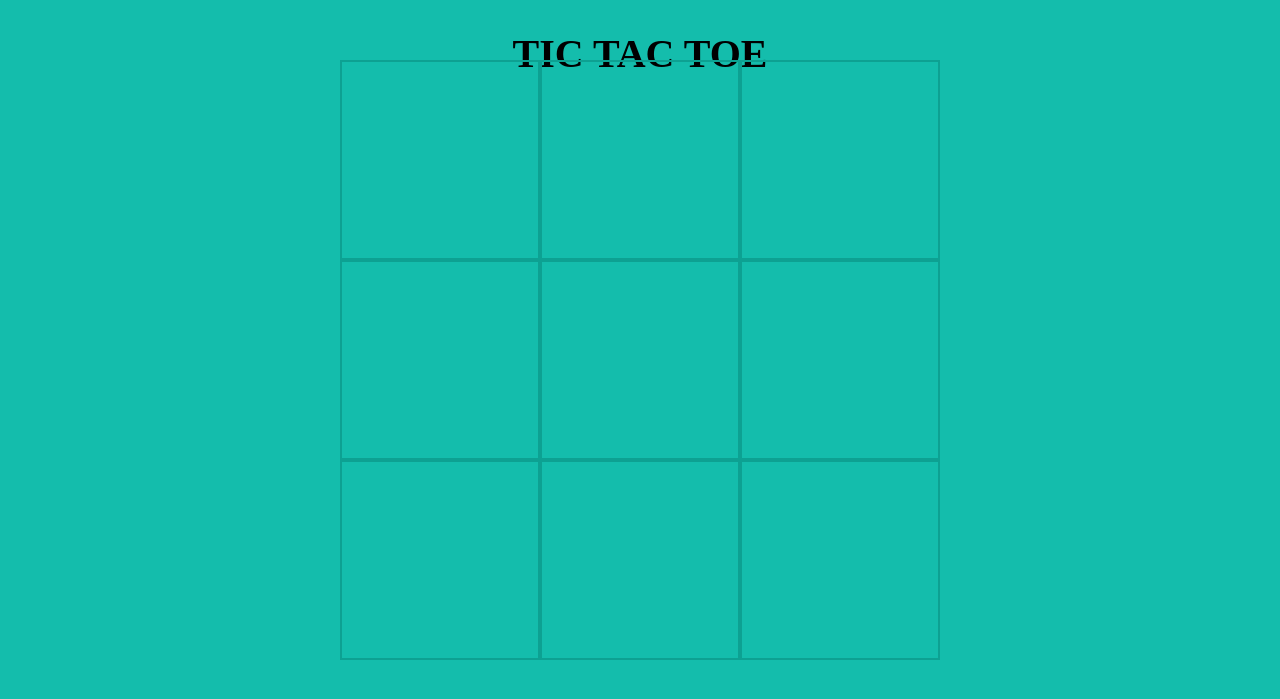
Repository: baumanmilosz/tictactoe
Page: index.html
The author's editor kept a copy of each file at every save. The page is drawn from the files as they stood at one save, then again after the next save.
The browser window is 1280 px wide. The pictures show the whole page.

Above is the page before, as saved 2019-02-24 18:22:52.

### index.html
<!DOCTYPE html>
<html lang="en">

<head>
  <meta charset="UTF-8">
  <meta name="viewport" content="width=device-width, initial-scale=1.0">
  <meta http-equiv="X-UA-Compatible" content="ie=edge">
  <link rel="stylesheet" href="./style.css">
  <title>Tic Tac Toe</title>
</head>

<body>
  <header class="game-header">
    <h1 class="game-title">Tic Tac Toe</h1>
    <h2 class="winner"></h2>
  </header>
  <div class="board">
    <div class="box" data-row="0" data-col="0"></div>
    <div class="box" data-row="0" data-col="1"></div>
    <div class="box" data-row="0" data-col="2"></div>
    <div class="box" data-row="1" data-col="0"></div>
    <div class="box" data-row="1" data-col="1"></div>
    <div class="box" data-row="1" data-col="2"></div>
    <div class="box" data-row="2" data-col="0"></div>
    <div class="box" data-row="2" data-col="1"></div>
    <div class="box" data-row="2" data-col="2"></div>
  </div>

  <script src="./script.js"></script>
</body>

</html>

### style.css
* {
  margin: 0;
  padding: 0;
  box-sizing: border-box;
}

html {
  font-size: 10px;
}

body {
  position: relative;
  height: 100vh;
  background-color: #14BDAC;
}

.game-header {
  padding: 3rem 0;
  text-align: center;
}

.game-header .game-title {
  font-size: 4rem;
  text-transform: uppercase;
}

.game-header .winner {
  display: none;
}

.board {
  display: flex;
  flex-wrap: wrap;
  justify-content: center;
  align-items: center;
  position: absolute;
  left: 50%;
  top: 50%;
  transform: translate(-50%, -50%);
  width: 50vw;
  height: 50vw;
  max-width: 600px;
  max-height: 600px;
}

.box {
  width: 33.3%;
  height: 33.3%;
  display: flex;
  cursor: pointer;
  border: 2px solid #0DA192;
}

.box {
  position: relative;
}

.box.circle::before, .box.cross::after {
  position: absolute;
  left: 50%;
  top: 50%;
  transform: translate(-50%,-50%);
  font-size: 40px;
}

.box.circle:before{
  content: 'O';
}

.box.cross::after{
  content: 'X';
}

### script.js
var boxes = document.querySelectorAll('.box');
const player1 = 'circle';
const player2 = 'cross';
let oddRound = true;

const board = [
  ['', '', ''],
  ['', '', ''],
  ['', '', '']
]

const winCombinations = [
  [0, 1, 2], [3, 4, 5], [6, 7, 8],
  [0, 3, 6], [1, 4, 7], [2, 5, 8],
  [0, 4, 8], [2, 4, 6]
]

function turn() {
  const { row, col } = this.dataset;

  if (this.classList.contains(player1) || this.classList.contains(player2)) return;
  const turn = oddRound ? player1 : player2;
  this.classList.add(turn);
  board[row][col] = turn;
  oddRound = !oddRound;

  check();
}

function check() {

  const result = board.reduce((total, row) => total.concat(row));

  let moves = {
    'circle': [],
    'cross': []
  };

  result.forEach((box, index) => moves[box] ? moves[box].push(index) : null);

  winCombinations.forEach(combination => {
    if (combination.every(index => moves[player1].indexOf(index) > -1)) {
      showWinner(player1);
    }
    if (winCombination.every(index => moves[player2].indexOf(index) > -1)) {
      showWinner(player2);
    }
  })
}

function showWinner(winPlayer) {
  const whoWinner = document.querySelector('.winner');

  whoWinner.style.display = 'block';
  whoWinner.textContent = `Winner: ${winPlayer} !`;
  boxes.forEach(box => box.removeEventListener('click', turn));
  setTimeout(() => window.location.reload(), 4000);
}

boxes.forEach(box => box.addEventListener('click', turn));

After the next save:
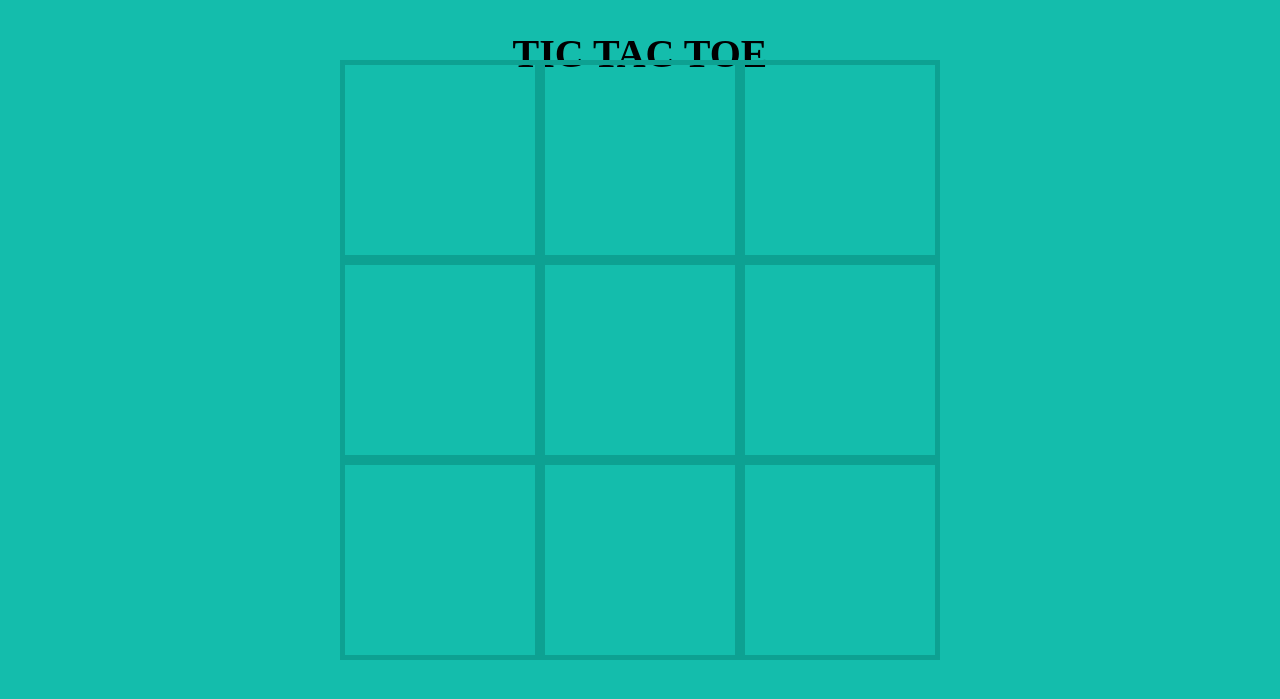
Saved 6 s later.
--- a/style.css
+++ b/style.css
@@ -48,7 +48,7 @@ body {
   height: 33.3%;
   display: flex;
   cursor: pointer;
-  border: 2px solid #0DA192;
+  border: 5px solid #0DA192;
 }
 
 .box {
